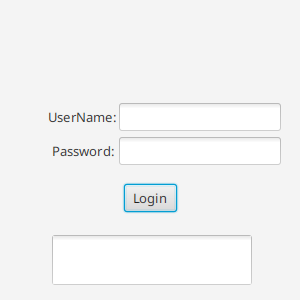
Repository: quasio007/AllMyWork
Program's window: java workspace/JavaFX/src/application/comboBox/Main.java
An editor plug-in stored every save of this project. The program's window is shown before and after a run of saves, followed by the edit.
It runs on Java 21 on a 1366 x 768 screen with JavaFX 11; the title bar is not drawn. It also reads workspace/JavaFX/src/img/App.jpeg.

Above is the program's window before, as saved 2017-05-20 13:12:03.

After the next 2 saves:
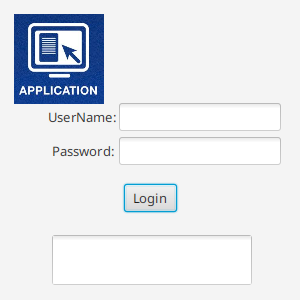
The 2 saves are shown as one change because 1 did not build or start.
The last was saved 5 min 4 s later.
--- a/workspace/JavaFX/src/application/loginApp/Login.fxml
+++ b/workspace/JavaFX/src/application/loginApp/Login.fxml
@@ -7,6 +7,7 @@
 <?import javafx.scene.control.TextField?>
 <?import javafx.scene.image.ImageView?>
 <?import javafx.scene.layout.AnchorPane?>
+<?import javafx.scene.image.Image?>
 
 <AnchorPane prefHeight="300.0" prefWidth="300.0" xmlns="http://javafx.com/javafx/8.0.111" xmlns:fx="http://javafx.com/fxml/1" fx:controller="application.loginApp.Controller">
    <children>
@@ -16,6 +17,11 @@
       <TextField fx:id="userName" layoutX="119.0" layoutY="103.0" />
       <Label layoutX="48.0" layoutY="108.0" text="UserName: " />
       <Label layoutX="52.0" layoutY="142.0" text="Password:" />
-      <ImageView fitHeight="90.0" fitWidth="90.0" layoutX="14.0" layoutY="14.0" pickOnBounds="true" preserveRatio="true" />
+      <ImageView fitHeight="90.0" fitWidth="90.0" layoutX="14.0" layoutY="14.0" pickOnBounds="true" preserveRatio="true" >
+      <image>
+      <Image url ="img/App.jpeg"></Image>
+      </image>
+      </ImageView>
+
    </children>
 </AnchorPane>
